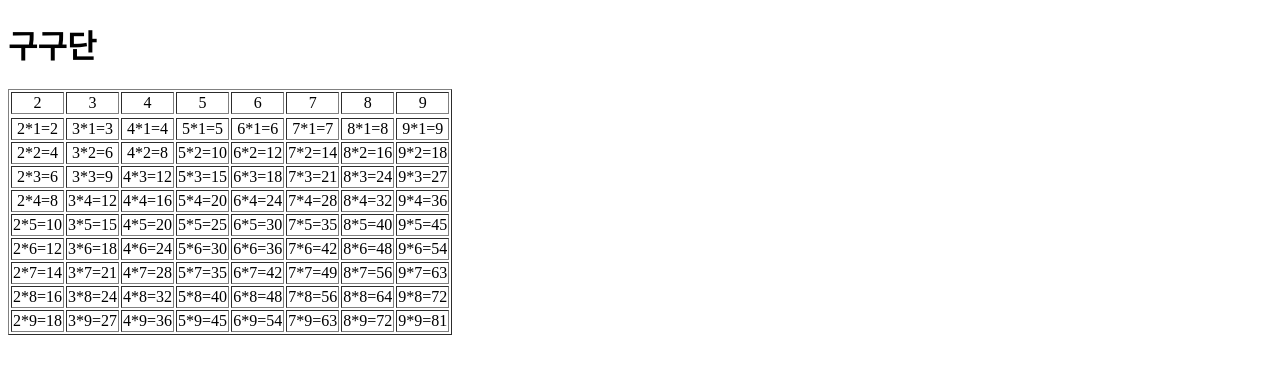
Repository: jihyeon00/java_web_sol
Page: http://localhost/jspweb_07/gugu.jsp
An editor plug-in stored every save of this project. The page is shown before and after the next save, followed by the edit.
The browser window is 1280 px wide. The pictures show the whole page.
The page is served by Tomcat 9.

Above is the page before, as saved 2024-01-11 02:49:47.

After the next save:
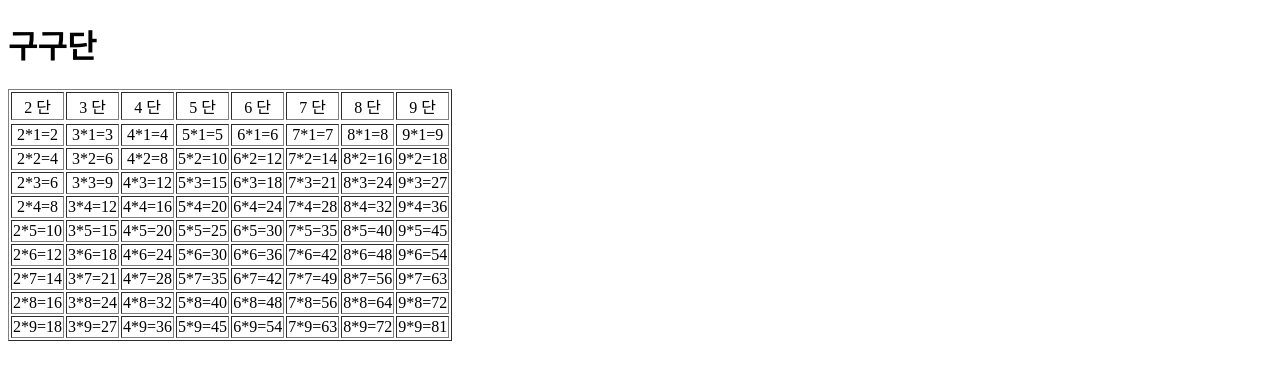
Saved 14 min 31 s later.
--- a/workspace_stsb/jspweb_07/src/main/webapp/gugu.jsp
+++ b/workspace_stsb/jspweb_07/src/main/webapp/gugu.jsp
@@ -18,7 +18,7 @@
 
 		out.println("<tr>");
 		for(int i = 2; i<=9;i++){
-				out.println("<td>"+ i +"</td>");
+				out.println("<td>"+ i +" 단</td>");
 			}
 		out.println("</tr>");
 		out.println("<tr>");
